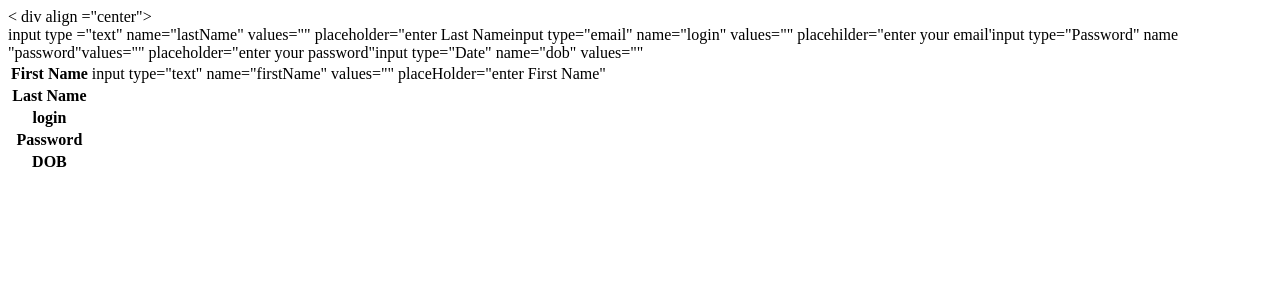
Repository: Deepak9669/JSP-Servlet
Page: http://localhost/Dynamic-Web-Project/Form.jsp
The author's editor kept a copy of each file at every save. The page is drawn from the files as they stood at one save, then again after the next save.
The browser window is 1280 px wide. The pictures show the whole page.
The page is served by Tomcat 9. Other server files are loaded and not shown.

Above is the page before, as saved 2025-09-28 07:55:25.

### Dynamic-Web-Project/WebContent/Form.jsp
<%@ page language="java" contentType="text/html; charset=ISO-8859-1"
    pageEncoding="ISO-8859-1"%>
<!DOCTYPE html>
<html>
<head>
<meta charset="ISO-8859-1">
<title>Insert title here</title>
</head>
<body>
< div align ="center">

 <form action="">

  <table>
    <tr>

    <th>First Name</th>

     <td>input type="text" name="firstName" values=""
      placeHolder="enter First Name"</td>
      </tr>

      <tr>
       <th>Last Name</th>
        <tb>input type ="text" name="lastName" values=""
          placeholder="enter Last Name</tb>
          </tr>

             <tr>

              <th>login</th>
                <tb>input type="email" name="login" values=""
                  placehilder="enter your email'</tb>
             </tr>

              <tr>
              <th>Password</th>
              <tb>input type="Password" name "password"values=""
               placeholder="enter your password"</tb>

               <tr>
                 <th>DOB</th>
                  <tb>input type="Date" name="dob" values=""</tb>

              </tr>

 </table>
  </form>
   </body>
    </html>

After the next save:
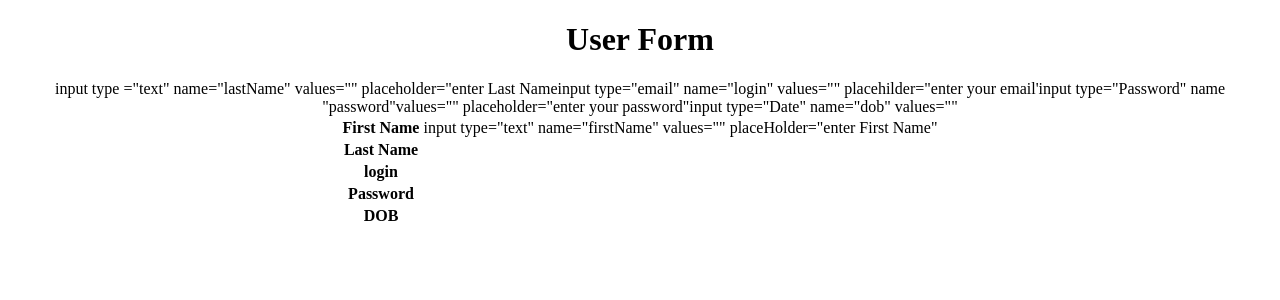
Saved 6 min 42 s later.
--- a/Dynamic-Web-Project/WebContent/Form.jsp
+++ b/Dynamic-Web-Project/WebContent/Form.jsp
@@ -7,14 +7,15 @@
 <title>Insert title here</title>
 </head>
 <body>
-< div align ="center">
+<div align ="center">
 
- <form action="">
+  <h1>User Form</h1>
+  <form action="">
 
-  <table>
-    <tr>
+    <table>
+      <tr>
 
-    <th>First Name</th>
+     <th>First Name</th>
 
      <td>input type="text" name="firstName" values=""
       placeHolder="enter First Name"</td>
@@ -48,3 +49,4 @@
   </form>
    </body>
     </html>
+    </div>
